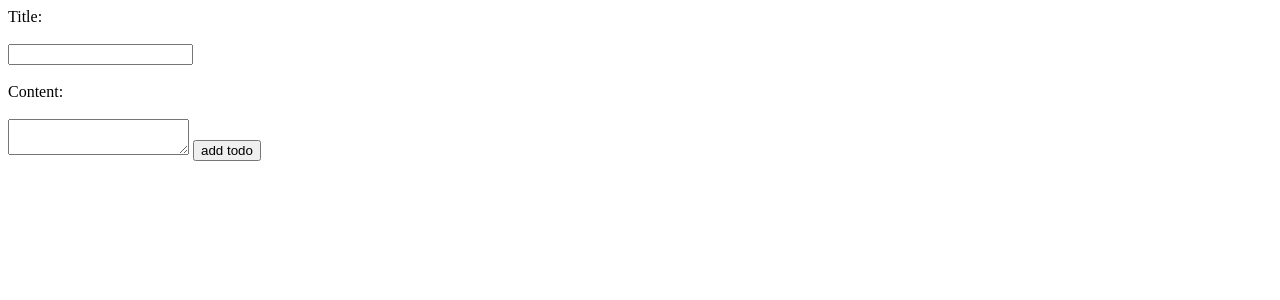
Repository: gabe126679/todo-list
Page: index.html
These files come from the project's save history. The page is drawn as it stood at one moment and after the next save; the edit follows.
The browser window is 1280 px wide. The pictures show the whole page.

Above is the page before, as saved 2022-03-15 15:38:06.

After the next save:
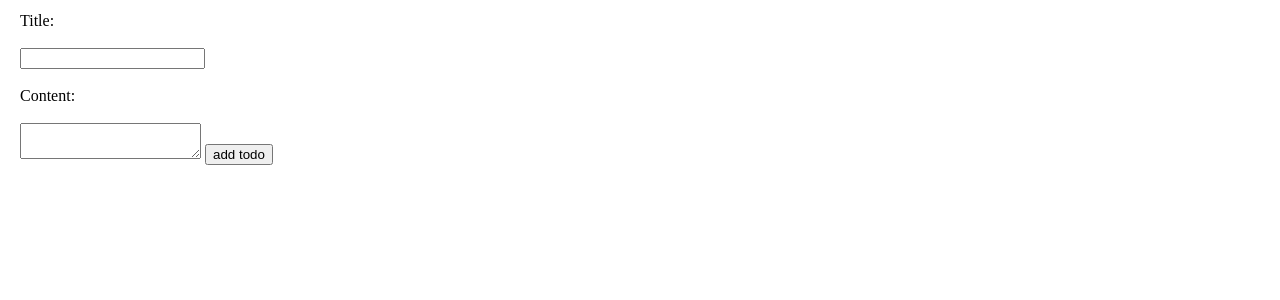
Saved 3 min 20 s later.
--- a/index.html
+++ b/index.html
@@ -1,20 +1,27 @@
 <html>
     <body>
-        <form id="todo-form">
-            <label for="title"> Title: </label>
-                <br>
-                <br>
-            <input id="title">
-                <br>
-                <br>
-            <label for="content"> Content: </label>
-                <br>
-                <br>
-            <textarea id="content">
+        <div class="container">
+            <form id="todo-form">
+                <label for="title"> Title: </label>
+                    <br>
+                    <br>
+                <input id="title">
+                    <br>
+                    <br>
+                <label for="content"> Content: </label>
+                    <br>
+                    <br>
+                <textarea id="content">
 
-            </textarea>
-            <button type="submit"> add todo
-            </button>
-        </form>
+                </textarea>
+                <button type="submit"> add todo
+                </button>
+            </form>
+        </div>
     </body>
+    <style>
+        .container {
+            margin: 12px;
+        }
+    </style>
 </html>
